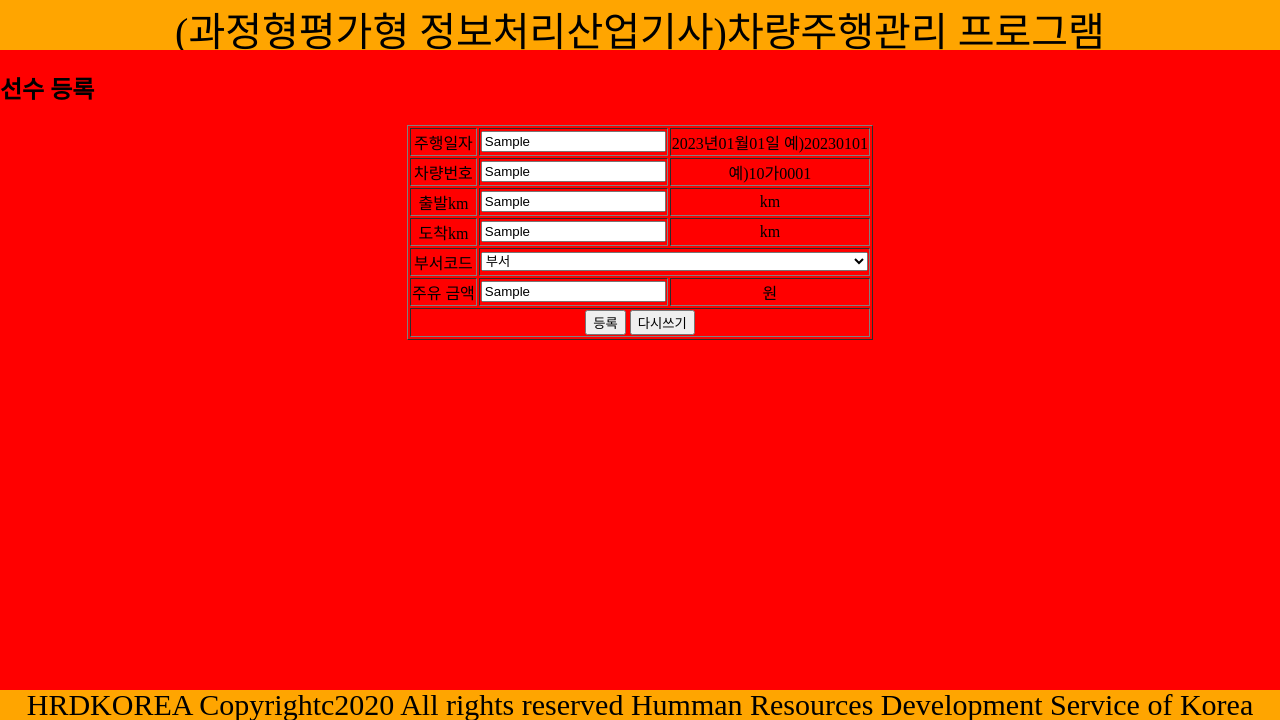
Repository: jeajune0221/information
Page: http://localhost/HRD_2411/join.jsp
These files come from the project's save history. The page is drawn as it stood at one moment and after the next save; the edit follows.
The browser window is 1280 px wide. The pictures show the whole page.
Empty fields were first filled with sample values (such as "Sample", 5 or name@example.com).
After loading, the first visible `input[onclick="return checkJoin()"]` was clicked once.
The page is served by Tomcat 9. Queries for data that is not in the repository find no rows.

Above is the page before, as saved 2026-04-13 08:50:46.

### HRD_2411/src/main/webapp/join.jsp
<%@ page language="java" contentType="text/html; charset=UTF-8"
    pageEncoding="UTF-8"%>
        <%@include file = "db_connect.jsp" %>

<!DOCTYPE html>
<html>
<head>
<meta charset="UTF-8">
<title>Insert title here</title>
<link href ="style.css" rel ="stylesheet">
</head>
<body>
<script type = "text/javascript" src = "check.js"></script>
<jsp:include page="header.jsp"></jsp:include>
<section>
<H2>선수 등록</H2>
<form method="post" action ="join_action.jsp" name = "frm" style = "display : flex; align-items : center; justify-content : center; text-align : center">
<table border = 1>
<%
request.setCharacterEncoding("UTF-8");
String pid = "";
try{
	String query ="select max(pid)+1 as pid from giants_player";
	PreparedStatement pstmt = con.prepareStatement(query);
	ResultSet rs = pstmt.executeQuery(query);
	rs.next();
	pid = rs.getString("pid");
}catch (Exception e){

}

 %>

<tr>
	<td>
	주행일자
	</td>
	<td><input type = "text" name = "drv_date" ></td>
	<td>2023년01월01일 예)20230101</td>
</tr>
<tr>
<td>차량번호</td>
<td><input type = "text" name = "car_no" ></td>
<td>예)10가0001</td>
</tr>
<tr>
<td>출발km</td>
<td><input type ="text" name = "drv_start"></td>
<td>km</td>
</tr>
<tr>
<td>도착km</td>
<td><input type ="text" name ="drv_end"></td>
<td>km</td>
</tr>
<tr>
<td>부서코드</td>
<td colspan = 2>
<select name ="dept" style ="width : 100%">
<option value ="" selected>부서</option>
<option value ="영업부">[10]영업부</option>
<option value ="총무부">[20]총무부</option>
<option value ="구매부">[30]구매부</option>
<option value ="개발부">[40]개발부</option>

</select>
</td>
</tr>
<tr>
<td>주유 금액</td>
<td ><input type="text" name ="drv_money"></td>

<td>원</td>
</tr>
<tr>
<td colspan = 3>
<input type = "submit" value ="등록" onclick ="return checkJoin()">
<input type = "reset" value ="다시쓰기" onclick = "rewrite()">

</td>
</tr>

</table>
</form>
</section>
<jsp:include page="footer.jsp"></jsp:include>
</body>
</html>

### HRD_2411/src/main/webapp/db_connect.jsp
<%@ page language="java" contentType="text/html; charset=UTF-8"
    pageEncoding="UTF-8"%>
<%@ page import = "java.sql.*" %>
<%
Class.forName("oracle.jdbc.OracleDriver");
Connection con = DriverManager.getConnection("jdbc:oracle:thin:@//localhost:1521/xe","system","1234");
%>

### HRD_2411/src/main/webapp/header.jsp
<%@ page language="java" contentType="text/html; charset=UTF-8"
    pageEncoding="UTF-8"%>
<!DOCTYPE html>
<html>
<head>
<meta charset="UTF-8">
<title>Insert title here</title>
<link href = "style.css" rel = "stylesheet">

</head>
<body>
<header>(과정형평가형 정보처리산업기사)차량주행관리 프로그램</header>
<nav>
<a href="list.jsp">차량 조회</a>
<a href="join.jsp">주행내역등록</a>
<a href="drivelist.jsp">주행내역조회</a>
<a href="drivestatus.jsp">부서별주행통계</a>
<a href="index.jsp">홈으로</a>



</nav>
</body>
</html>

### HRD_2411/src/main/webapp/footer.jsp
<%@ page language="java" contentType="text/html; charset=UTF-8"
    pageEncoding="UTF-8"%>
<!DOCTYPE html>
<html>
<head>
<meta charset="UTF-8">
<title>Insert title here</title>
<link href = "style.css" rel = "stylesheet">

</head>
<body>
<footer>HRDKOREA Copyrightc2020 All rights reserved Humman Resources Development Service of Korea</footer>
</body>
</html>

### HRD_2411/src/main/webapp/style.css
@charset "UTF-8";

header{
	position :fixed;
	top:0px;
	left : 0px;
	width : 100%;
	height : 70px;
	background : orange;
	text-align:center;
	font-size : 40px;
}
nav{
	position : fixed;
	top : 70px;
	left : 0px;
	width : 100%;
	height : 40px;
	background : pink;
	line-height : 40px;
	padding-left : 20px;
	font-size : 20px;
}
section{
	display : fixed;
	position : fixed;
	top : 50px;
	left : 0px;
	width : 100%;
	height : 100%;
	background : lightgray;
	text-align : center;
	justify-content: center;
	align-items: center;
	text-align: left;
	background : red;
}

footer{
	position : fixed;
	bottom : 0px;
	left : 0px;
	width : 100%;
	height : 30px;
	background : orange;
	line-height : 30px;
	text-align : center;
	font-size : 30px;

}

### HRD_2411/src/main/webapp/check.js
function checkJoin() {
    if(frm.drv_date.value.length==0) {
        alert("주행일자가 입력되지 않았습니다!")
        frm.drv_date.focus();
        return false;
    }

    //모든 속성에 대해 유효성 검사
    if(frm.car_no.value=="") {
        alert("차량번호가 입력되지 않았습니다!")
        frm.car_no.focus();
        return false;
    }

    if(frm.drv_start.value=="") {
        alert("출발Km 입력되지 않았습니다.")
        frm.drv_start.focus();
        return false;
    }

    if(frm.drv_end.value=="") {
        alert("도착Km 입력되지 않았습니다.")
        frm.drv_end.focus();
        return false;
    }
    if(frm.dept.value=="") {
    //if(frm.dept[0].checked == false && frm.dept[1].checked == false && frm.dept[2].checked == false && frm.pgrade[3].checked == false){
		alert('부서코드가 선택되지 않았습니다! ')
		frm.dept[0].focus()
		return false;
	}
	if(frm.drv_money.value = ""){
		alert("주유금액이 입력되지 않았습니다!")
		frm.drv_money.focus();
	}
}
function rewrite(){
	alert("정보를 지우고 처음부터 다시 입력 합니다.")
}

After the next save:
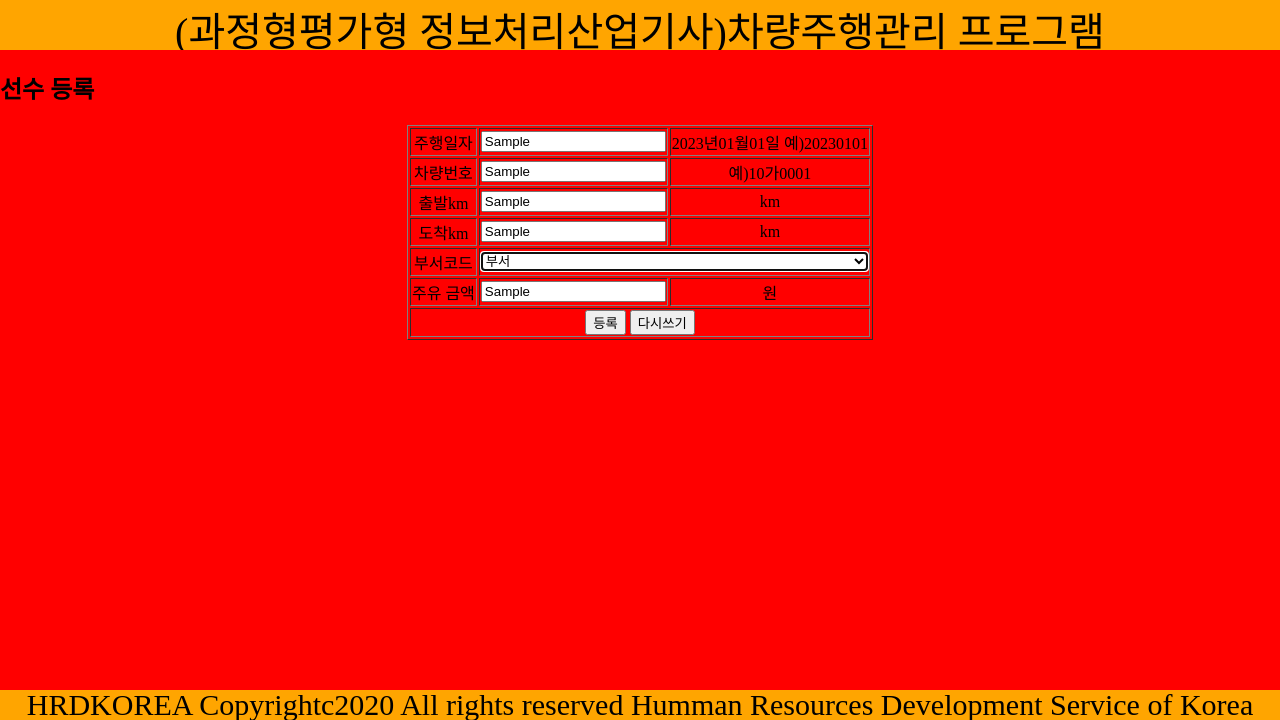
Saved 43 s later.
--- a/HRD_2411/src/main/webapp/check.js
+++ b/HRD_2411/src/main/webapp/check.js
@@ -26,7 +26,7 @@
     if(frm.dept.value=="") {
     //if(frm.dept[0].checked == false && frm.dept[1].checked == false && frm.dept[2].checked == false && frm.pgrade[3].checked == false){
 		alert('부서코드가 선택되지 않았습니다! ')
-		frm.dept[0].focus()
+		frm.dept.focus()
 		return false;
 	}
 	if(frm.drv_money.value = ""){
